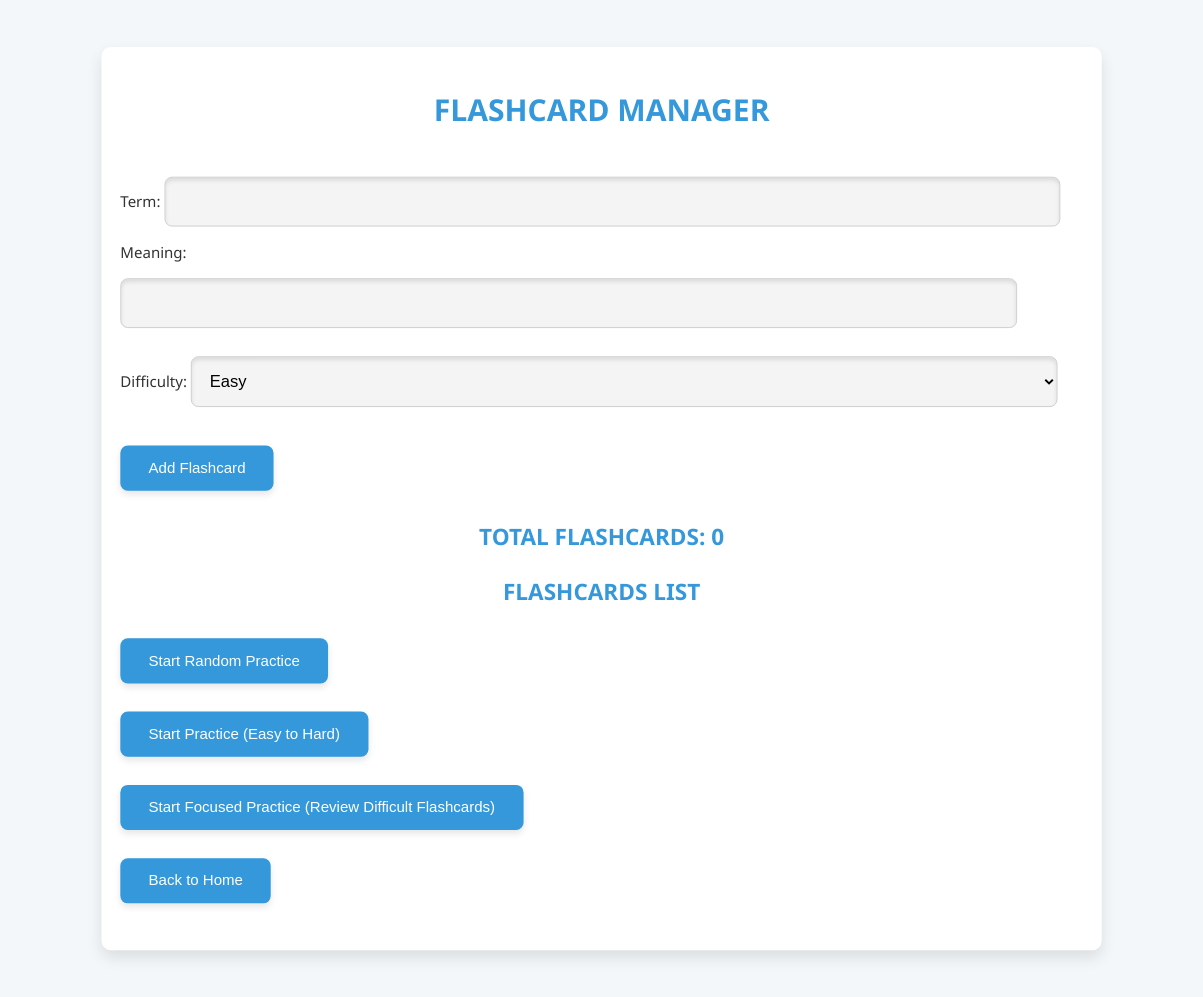
Repository: Oriyin/Algorithm_StudyHelper
Page: http://localhost/flashcards
An editor plug-in stored every save of this project. The page is shown before and after the next save, followed by the edit.
The browser window is 1280 px wide. The pictures show the whole page, at 94% of full size.
The page is served by the project's application, run on Flask 3 (backend/app.py). Other server files are loaded and not shown.

Above is the page before, as saved 2024-10-11 14:37:37.

### templates/flashcards.html
<!DOCTYPE html>
<html lang="en">
<head>
    <meta charset="UTF-8">
    <meta name="viewport" content="width=device-width, initial-scale=1.0">
    <title>Flashcards</title>
    <!-- ลิงก์ไฟล์ CSS -->
    <link rel="stylesheet" type="text/css" href="{{ url_for('static', filename='flashstyle.css') }}">
</head>
<body>
    <div class="container">
        <h1>Flashcard Manager</h1>

        <!-- Form สำหรับการเพิ่ม flashcard -->
        <form method="POST" action="{{ url_for('manage_flashcards') }}">
            <label for="term">Term:</label>
            <input type="text" name="term" id="term" required><br>

            <label for="meaning">Meaning:</label>
            <input type="text" name="meaning" id="meaning" required><br>

            <!-- Dropdown for selecting difficulty -->
            <label for="difficulty">Difficulty:</label>
            <select name="difficulty" id="difficulty" required>
                <option value="Easy">Easy</option>
                <option value="Medium">Medium</option>
                <option value="Hard">Hard</option>
            </select><br><br>

            <button type="submit">Add Flashcard</button>
        </form>

        <!-- Display total number of flashcards -->
        <h2>Total Flashcards: {{ flashcards|length }}</h2>

        <h2>Flashcards List</h2>
        <ul>
            {% for flashcard in flashcards %}
                <li>{{ flashcard.term }} - {{ flashcard.meaning }} ({{ flashcard.difficulty }})</li>
            {% endfor %}
        </ul>

        <!-- Button to start random practice -->
        <form method="GET" action="{{ url_for('start_practice') }}">
            <button type="submit">Start Random Practice</button>
        </form>

        <!-- Button to start practice sorted by difficulty -->
        <form method="GET" action="{{ url_for('start_practice_by_difficulty') }}">
            <button type="submit">Start Practice (Easy to Hard)</button>
        </form>

        <!-- Button to start reviewing flashcards that need more practice (incorrect_count > 2) -->
        <form method="GET" action="{{ url_for('start_focused_practice') }}">
            <button type="submit">Start Focused Practice (Review Difficult Flashcards)</button>
        </form>

        <!-- Button to go back to the home page -->
        <form method="GET" action="{{ url_for('home') }}">
            <button type="submit">Back to Home</button>
        </form>
    </div>
</body>
</html>

### backend/app.py
# app.py

from flask import Flask, request, render_template, redirect, url_for
from algorithm import *

# Initialize the Flask application and specify the template folder
app = Flask(__name__, template_folder="../templates")

# Global variables for storing tasks and notes temporarily
tasks = []
notes = []
task_counter = 0  # A counter to uniquely identify each task

# Route for the home page
@app.route('/')
def home():
    return render_template('index.html')

# Route for managing tasks
@app.route('/tasks', methods=['GET', 'POST'])
def manage_tasks():
    global tasks, task_counter
    if request.method == 'POST':
        task_name = request.form.get('task_name')
        task_description = request.form.get('task_description')
        due_date = request.form.get('due_date')
        priority = int(request.form.get('priority'))

        if task_name and task_description and due_date:
            task_counter += 1  # Increment task counter for each new task
            tasks.append({
                'id': task_counter,  # Assign unique ID to each task
                'name': task_name,
                'description': task_description,
                'dueDate': due_date,
                'priority': priority,
                'completed': False
            })

            # Sort tasks by due date immediately (excluding completed tasks) using Insertion Sort
            tasks = insertion_sort([task for task in tasks if not task['completed']], 'dueDate') + [task for task in tasks if task['completed']]

            print("Updated tasks list:")
            print(tasks)

    todo_tasks = [task for task in tasks if not task['completed']]
    done_tasks = [task for task in tasks if task['completed']]

    return render_template('tasks.html', todo_tasks=todo_tasks, done_tasks=done_tasks, enumerate=enumerate)

# Route for managing notes
@app.route('/notes', methods=['GET', 'POST'])
def manage_notes():
    global notes
    if request.method == 'POST':
        note_title = request.form.get('note_title')
        note_content = request.form.get('note_content')

        if note_title and note_content:
            notes.append({
                'title': note_title,
                'content': note_content
            })
            print("Updated notes list:")
            print(notes)

    return render_template('notes.html', notes=notes, enumerate=enumerate)

# Route to edit a specific note by index
@app.route('/edit_note/<int:index>', methods=['POST'])
def edit_note(index):
    global notes
    new_title = request.form.get('edit_note_title')
    new_content = request.form.get('edit_note_content')

    if new_title and new_content:
        # Update the note with new values
        notes[index]['title'] = new_title
        notes[index]['content'] = new_content
        print("Updated notes list:")
        print(notes)

    return redirect(url_for('manage_notes'))

# Route to delete a specific note by index
@app.route('/delete_note/<int:index>', methods=['POST'])
def delete_note(index):
    global notes
    if index < len(notes):
        notes.pop(index)
        print("Updated notes list:")
        print(notes)
    return redirect(url_for('manage_notes'))

# Route to search through notes using a case-insensitive search with highlighted results
@app.route('/search_notes', methods=['POST'])
def search_notes():
    global notes
    search_pattern = request.form.get('search_pattern').lower()  # Make the search pattern lowercase
    search_results = []

    # Perform case-insensitive search on each note's title and content using naive string search
    for index, note in enumerate(notes):
        title = note['title']
        content = note['content']
        highlighted_content = content

        # Use naive string search to find matches (case-insensitive)
        matches = naive_string_search(content.lower(), search_pattern)  # Perform the search on lowercase text

        # If matches are found, highlight them in the content
        if matches:
            for match_index in matches:
                # Highlight the matched text using HTML <mark> tag
                match = content[match_index:match_index + len(search_pattern)]
                highlighted_content = highlighted_content.replace(match, f"<mark>{match}</mark>")
            search_results.append({
                'index': index,
                'title': title,
                'highlighted_content': highlighted_content
            })

    # If no matches are found, set a message to be displayed
    no_match_message = None
    if not search_results:
        no_match_message = "Don't have any file that match with finding word."

    return render_template('notes.html', notes=notes, search_results=search_results, no_match_message=no_match_message, search_pattern=search_pattern, enumerate=enumerate)

# Route to edit a specific task by index
@app.route('/edit_task/<int:index>', methods=['POST'])
def edit_task(index):
    global tasks
    new_name = request.form.get('edit_name')
    new_description = request.form.get('edit_description')
    new_due_date = request.form.get('edit_due_date')
    new_priority = int(request.form.get('edit_priority'))

    if new_name and new_description and new_due_date:
        # Update the task with new values
        tasks[index]['name'] = new_name
        tasks[index]['description'] = new_description
        tasks[index]['dueDate'] = new_due_date
        tasks[index]['priority'] = new_priority
        print("Updated tasks list:")
        print(tasks)

    # Re-sort tasks by due date immediately after editing using Insertion Sort
    tasks = insertion_sort([task for task in tasks if not task['completed']], 'dueDate') + [task for task in tasks if task['completed']]

    return redirect(url_for('manage_tasks'))

# Route to toggle a task's completion status using its unique ID
@app.route('/toggle_completed/<int:task_id>', methods=['POST'])
def toggle_completed(task_id):
    global tasks
    for task in tasks:
        if task['id'] == task_id:
            task['completed'] = not task['completed']
            print("Updated tasks list:")
            print(tasks)
            break
    # Re-sort the tasks to ensure they are in the correct order
    tasks = insertion_sort([task for task in tasks if not task['completed']], 'dueDate') + [task for task in tasks if task['completed']]
    return redirect(url_for('manage_tasks'))

# Route to delete a task by its unique ID
@app.route('/delete_task/<int:task_id>', methods=['POST'])
def delete_task(task_id):
    global tasks
    tasks = [task for task in tasks if task['id'] != task_id]
    print("Updated tasks list:")
    print(tasks)
    return redirect(url_for('manage_tasks'))

# Route to sort tasks by due date using Merge Sort
@app.route('/sort_by_due_date', methods=['POST'])
def sort_by_due_date():
    global tasks
    incomplete_tasks = [task for task in tasks if not task['completed']]
    # Use merge_sort to sort the incomplete tasks by 'dueDate'
    tasks = merge_sort(incomplete_tasks, 'dueDate') + [task for task in tasks if task['completed']]
    print("Updated tasks list:")
    print(tasks)
    return redirect(url_for('manage_tasks'))

# Route to sort tasks by priority
@app.route('/sort_by_priority', methods=['POST'])
def sort_by_priority():
    global tasks
    incomplete_tasks = [task for task in tasks if not task['completed']]
    tasks = counting_sort(incomplete_tasks, 'priority') + [task for task in tasks if task['completed']]
    print("Updated tasks list:")
    print(tasks)
    return redirect(url_for('manage_tasks'))

# Route to sort tasks by both due date and priority
@app.route('/sort_by_both', methods=['POST'])
def sort_by_both():
    global tasks
    incomplete_tasks = [task for task in tasks if not task['completed']]
    tasks = heap_sort(incomplete_tasks, 'dueDate', 'priority') + [task for task in tasks if task['completed']]
    print("Updated tasks list:")
    print(tasks)
    return redirect(url_for('manage_tasks'))

# Global variable to store flashcards
flashcards = []

@app.route('/flashcards', methods=['GET', 'POST'])
def manage_flashcards():
    global flashcards
    if request.method == 'POST':
        term = request.form.get('term')
        meaning = request.form.get('meaning')
        difficulty = request.form.get('difficulty')  # Capture the difficulty level

        # Create a new flashcard with 'incorrect_count' initialized to 0 and difficulty level
        new_flashcard = {'term': term, 'meaning': meaning, 'difficulty': difficulty, 'incorrect_count': 0}

        # Use the uniqueness testing function to avoid duplicates
        if uniqueness_testing(flashcards, new_flashcard):
            print("Flashcard added successfully!")
        else:
            print("Duplicate term found! Flashcard not added.")

    # Render the flashcards page with the flashcards list and total number
    return render_template('flashcards.html', flashcards=flashcards, enumerate=enumerate)

# Route to start flashcard practice (randomizes flashcards before starting)
@app.route('/start_practice', methods=['GET'])
def start_practice():
    global flashcards
    # Randomize flashcards before starting practice
    flashcards = random_flashcards(flashcards)
    return redirect(url_for('practice_flashcard', index=0))

@app.route('/practice_flashcard/<int:index>', methods=['GET', 'POST'])
def practice_flashcard(index):
    global flashcards
    if index >= len(flashcards):
        # If the index is out of range, redirect to the practice completion page
        return redirect(url_for('practice_completed'))

    if request.method == 'POST':
        # Check if the answer was correct or not
        is_correct = request.form.get('is_correct') == 'true'
        if not is_correct:
            flashcards[index]['incorrect_count'] += 1

        # Move to the next flashcard
        next_index = index + 1
        if next_index < len(flashcards):
            return redirect(url_for('practice_flashcard', index=next_index))
        else:
            return redirect(url_for('practice_completed'))

    # Render the current flashcard for practice
    flashcard = flashcards[index]
    return render_template('practice_flashcard.html', flashcard=flashcard, index=index)

@app.route('/practice_completed')
def practice_completed():
    global flashcards

    # Group flashcards based on incorrect_count
    low_threshold = 1
    grouped_flashcards = divide_and_conquer_flashcards(flashcards, low_threshold)

    # Separate correct and incorrect flashcards for the result page
    correct_flashcards = [fc for fc in grouped_flashcards if fc['incorrect_count'] == 0]
    incorrect_flashcards = [fc for fc in grouped_flashcards if fc['incorrect_count'] > 0]

    # Show the result in terms of high-priority (incorrect more often) and low-priority flashcards
    return render_template('practice_completed.html', correct_flashcards=correct_flashcards, incorrect_flashcards=incorrect_flashcards)

@app.route('/practice_again_random', methods=['GET'])
def practice_again_random():
    global flashcards
    flashcards = random_flashcards(flashcards)  # แบบสุ่มสำหรับ practice
    print("Flashcards randomized")
    return redirect(url_for('practice_flashcard', index=0))

@app.route('/practice_again_easy_to_hard', methods=['GET'])
def practice_again_easy_to_hard():
    global flashcards
    flashcards = counting_sortflash(flashcards, 'difficulty')  # เรียงจากง่ายไปยาก
    print("Flashcards sorted from Easy to Hard")
    return redirect(url_for('practice_flashcard', index=0))

@app.route('/start_practice_by_difficulty', methods=['GET'])
def start_practice_by_difficulty():
    global flashcards

    if len(flashcards) == 0:
        # Redirect to the flashcards management page if there are no flashcards
        return redirect(url_for('manage_flashcards'))

    # Sort flashcards by difficulty in the order of Easy -> Medium -> Hard
    flashcards = counting_sortflash(flashcards, 'difficulty')

    return redirect(url_for('practice_flashcard', index=0))

@app.route('/start_focused_practice', methods=['GET'])
def start_focused_practice():
    global flashcards, flashcards_to_practice

    # Filter flashcards where incorrect_count > 2
    flashcards_to_practice = [fc for fc in flashcards if fc['incorrect_count'] > 2]

    # ตรวจสอบว่ามี flashcards ที่จะฝึกไหม
    if len(flashcards_to_practice) == 0:
        # ถ้าไม่มี flashcards ที่ผิดเกิน 2 ครั้ง ให้กลับไปยังหน้า flashcard management
        return redirect(url_for('manage_flashcards'))

    # Start practice with the filtered flashcards
    return redirect(url_for('practice_focused_flashcards', index=0))

@app.route('/practice_focused_flashcards/<int:index>', methods=['GET', 'POST'])
def practice_focused_flashcards(index):
    global flashcards_to_practice

    if index >= len(flashcards_to_practice):
        # If all flashcards are practiced, go to the completion page
        return redirect(url_for('focused_practice_completed'))

    if request.method == 'POST':
        # Check if the user answered the flashcard correctly
        is_correct = request.form.get('is_correct') == 'true'
        if is_correct:
            # Only remove the flashcard if it was answered correctly
            flashcards_to_practice.pop(index)

        # After removing or marking the flashcard, adjust index if necessary
        if len(flashcards_to_practice) > 0 and index >= len(flashcards_to_practice):
            index = len(flashcards_to_practice) - 1

        # If no flashcards remain, go to the completion page
        if len(flashcards_to_practice) == 0:
            return redirect(url_for('focused_practice_completed'))

        # After the user answers, redirect to the next flashcard
        return redirect(url_for('practice_focused_flashcards', index=index))

    # Display the current flashcard for practice
    flashcard = flashcards_to_practice[index]
    return render_template('practice_focused_flashcards.html', flashcard=flashcard, index=index)

@app.route('/focused_practice_completed')
def focused_practice_completed():
    global flashcards_to_practice, flashcards

    # Calculate how many flashcards are left to review
    flashcards_left = len(flashcards_to_practice)

    # If practice is completed (no more flashcards left to review), reset incorrect_count to 0 for all flashcards
    if flashcards_left == 0:
        for fc in flashcards:
            fc['incorrect_count'] = 0  # Reset incorrect_count to 0 for all flashcards

    # Render the result page and pass flashcards_left to the template
    return render_template('focused_practice_completed.html', flashcards_left=flashcards_left)

# Run the Flask server
if __name__ == "__main__":
    app.run(debug=True)
    print(tasks)
    print(notes)

### backend/static/flashstyle.css
/* General Styles */
body, html {
    margin: 0;
    padding: 0;
    font-family: 'Segoe UI', Tahoma, Geneva, Verdana, sans-serif;
    background-color: #f4f7f9;
    color: #333;
    line-height: 1.6;
}

.container {
    width: 80%;
    max-width: 1200px;
    margin: 50px auto;
    text-align: center;
    padding: 20px;
    background-color: white;
    border-radius: 10px;
    box-shadow: 0 8px 16px rgba(0, 0, 0, 0.1);
}

/* Title Styling */
h1, h2 {
    color: #3498db;
    font-weight: 600;
    text-transform: uppercase;
    margin-bottom: 20px;
}

h1 {
    font-size: 2em;
}

h2 {
    font-size: 1.5em;
    margin-top: 20px;
}

/* Flashcard Form Styles */
form {
    margin: 30px 0;
    text-align: left;
}

input, select {
    width: 90%;
    padding: 15px;
    margin: 15px 0;
    border: 1px solid #ccc;
    border-radius: 8px;
    font-size: 1.1em;
    background-color: #f4f4f4;
    box-shadow: inset 0 3px 5px rgba(0, 0, 0, 0.1);
    transition: border-color 0.3s ease;
}

input:focus, select:focus {
    border-color: #3498db;
    outline: none;
}

button {
    padding: 15px 30px;
    font-size: 1em;
    border: none;
    background-color: #3498db;
    color: white;
    border-radius: 8px;
    cursor: pointer;
    transition: background-color 0.3s ease, box-shadow 0.3s ease;
    box-shadow: 0 4px 8px rgba(0, 0, 0, 0.1);
    text-align: center;
}

button:hover {
    background-color: #2980b9;
    box-shadow: 0 6px 12px rgba(0, 0, 0, 0.2);
}

/* Flashcards List */
.task-columns {
    display: flex;
    justify-content: center;
    flex-wrap: wrap;
}

.todo-column {
    width: 100%;
    background-color: #ecf0f1;
    padding: 25px;
    margin: 20px 0;
    border-radius: 10px;
    box-shadow: 0 8px 16px rgba(0, 0, 0, 0.1);
}

li {
    list-style: none;
    padding: 15px;
    border-bottom: 1px solid #ccc;
    margin: 10px 0;
    font-size: 1.1em;
    color: #2c3e50;
    transition: background-color 0.3s ease;
}

li:last-child {
    border-bottom: none;
}

li strong {
    font-weight: bold;
    color: #2c3e50;
}

li:hover {
    background-color: #d5eaf7;
    border-radius: 5px;
}

/* Button Styles */
.btn {
    background-color: #3498db;
    color: white;
    padding: 12px 30px;
    text-decoration: none;
    border-radius: 8px;
    margin: 10px;
    display: inline-block;
    transition: background-color 0.3s ease, box-shadow 0.3s ease;
    font-size: 1em;
    box-shadow: 0 4px 8px rgba(0, 0, 0, 0.1);
}

.btn:hover {
    background-color: #1abc9c;
    box-shadow: 0 6px 12px rgba(0, 0, 0, 0.2);
}

/* Container for buttons */
.button-container {
    margin: 30px 0;
    display: flex;
    justify-content: center;
    gap: 20px;
}

/* Responsiveness */
@media (max-width: 768px) {
    .container {
        width: 95%;
    }

    button {
        padding: 12px 20px;
        font-size: 1em;
    }

    li {
        font-size: 1em;
    }
}

After the next save:
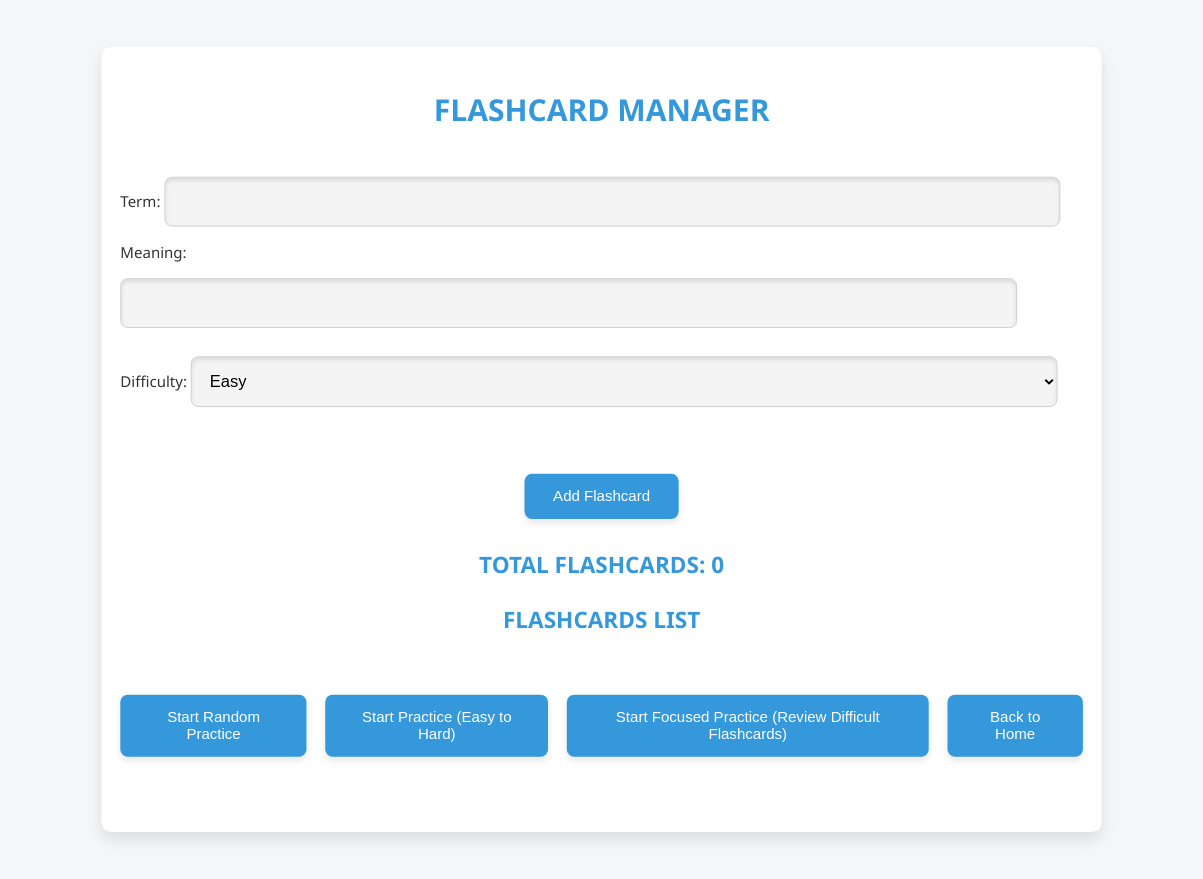
Saved 2 min 53 s later.
--- a/templates/flashcards.html
+++ b/templates/flashcards.html
@@ -27,7 +27,9 @@
                 <option value="Hard">Hard</option>
             </select><br><br>
 
-            <button type="submit">Add Flashcard</button>
+            <div class="button-container">
+                <button type="submit">Add Flashcard</button>
+            </div>
         </form>
 
         <!-- Display total number of flashcards -->
@@ -40,25 +42,27 @@
             {% endfor %}
         </ul>
 
-        <!-- Button to start random practice -->
-        <form method="GET" action="{{ url_for('start_practice') }}">
-            <button type="submit">Start Random Practice</button>
-        </form>
+        <div class="button-container">
+            <!-- Button to start random practice -->
+            <form method="GET" action="{{ url_for('start_practice') }}">
+                <button type="submit">Start Random Practice</button>
+            </form>
 
-        <!-- Button to start practice sorted by difficulty -->
-        <form method="GET" action="{{ url_for('start_practice_by_difficulty') }}">
-            <button type="submit">Start Practice (Easy to Hard)</button>
-        </form>
+            <!-- Button to start practice sorted by difficulty -->
+            <form method="GET" action="{{ url_for('start_practice_by_difficulty') }}">
+                <button type="submit">Start Practice (Easy to Hard)</button>
+            </form>
 
-        <!-- Button to start reviewing flashcards that need more practice (incorrect_count > 2) -->
-        <form method="GET" action="{{ url_for('start_focused_practice') }}">
-            <button type="submit">Start Focused Practice (Review Difficult Flashcards)</button>
-        </form>
+            <!-- Button to start reviewing flashcards that need more practice (incorrect_count > 2) -->
+            <form method="GET" action="{{ url_for('start_focused_practice') }}">
+                <button type="submit">Start Focused Practice (Review Difficult Flashcards)</button>
+            </form>
 
-        <!-- Button to go back to the home page -->
-        <form method="GET" action="{{ url_for('home') }}">
-            <button type="submit">Back to Home</button>
-        </form>
+            <!-- Button to go back to the home page -->
+            <form method="GET" action="{{ url_for('home') }}">
+                <button type="submit">Back to Home</button>
+            </form>
+        </div>
     </div>
 </body>
 </html>
